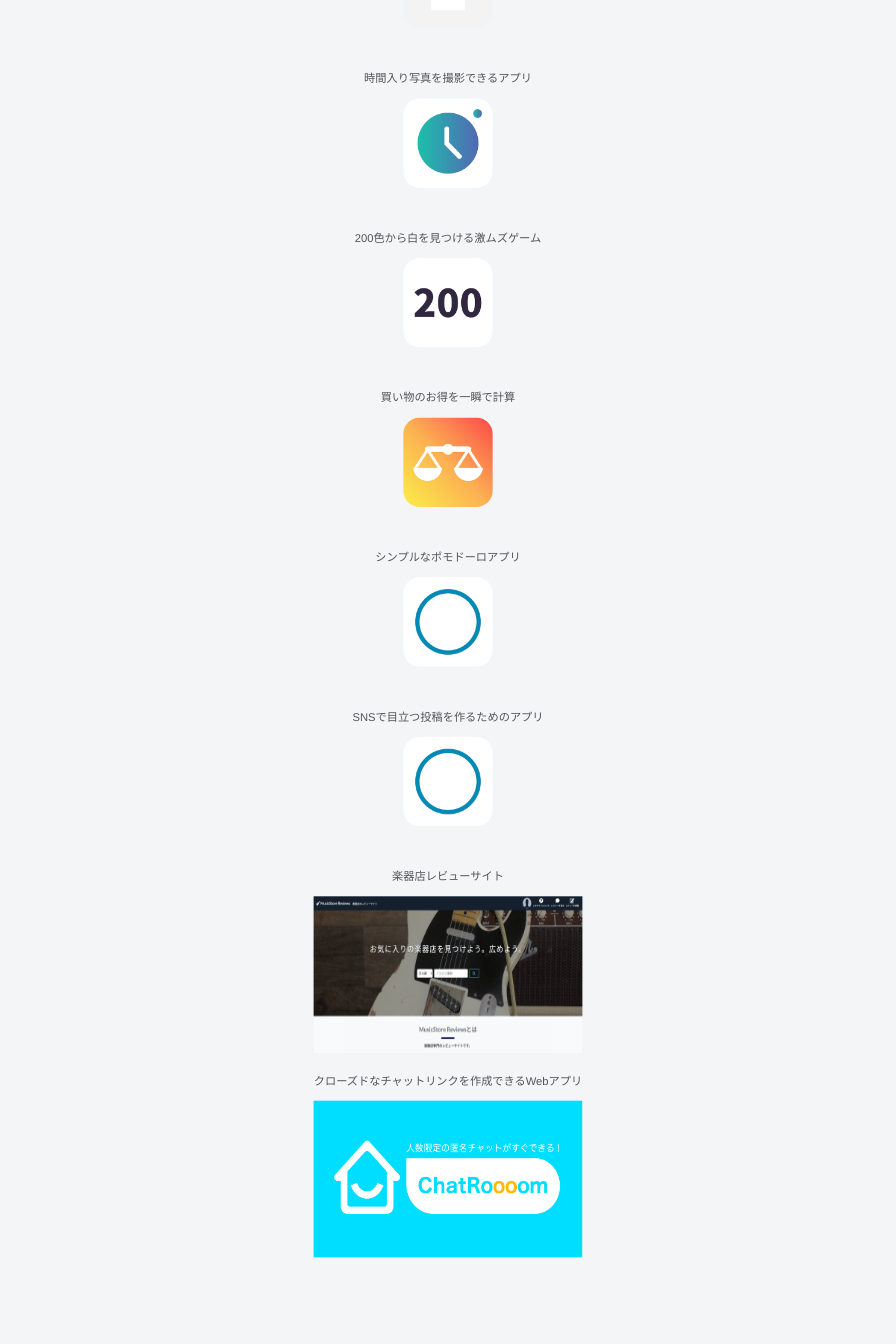
Repository: nosuke0926/my-portfolio
Page: /works
An editor plug-in stored every save of this project. The page is shown before and after the next save, followed by the edit.
The browser window is 1280 px wide. The pictures show the part of the page from y = 3029 to 4949 px (the page is 4949 px tall), at 70% of full size.
The project was rebuilt for these pictures with package versions that can differ from the ones it lists, and the page was loaded fresh each time. The framework's server and built-in components were replaced by stand-ins that run in the browser. Also part of the build but not shown: next.config.js.

Above is the page before, as saved 2022-10-08 16:37:39.

### pages/_app.tsx
import React from 'react'
import { AppProps } from 'next/app'
import NavTabs from '../components/Tab'
import styles from '../components/layout.module.css'
import utilStyles from '../styles/utils.module.css'
import '../styles/styles.scss'

const App = ({ Component, pageProps }: AppProps) => (
  <div className={utilStyles.backgroundColor}>
    <header className={styles.header}>
      <NavTabs />
    </header>
    <Component {...pageProps} />
  </div>
)

export default App

### pages/works.tsx
import Layout from '../components/Layout'
import utilStyles from '../styles/utils.module.css'
import styles from '../components/layout.module.css'
import TransitionsModal from '../components/modal'

const WorksView = (props: any) => (
  <Layout>
    <div className={styles.header}>
      <p>世の中を少しだけ面白く、便利にするサービスを開発しています。</p>
      <section className={utilStyles.headingMd}>
        <p>
          <TransitionsModal
            src="/images/products/subsc.png"
            alt="アプリ（さぶすく）"
            description="サブスクリプションを賢く管理するアプリ"
            appTitle="さぶすく"
            useTechnology={['Flutter', 'Firebase']}
            appDescription="サービスの無料期間終了前にプッシュ通知でお知らせします。毎月・毎年のサブスクリプションサービスにいくらお金を使っているのかもグラフで可視化します。"
            iosUrl="https://apps.apple.com/jp/app/id1506451600?mt=8"
            productHuntUrl="https://www.producthunt.com/posts/subsc?utm_source=badge-featured&utm_medium=badge&utm_souce=badge-subsc"
            productHuntPostId="349809"
            androidUrl="https://play.google.com/store/apps/details?id=com.nosuke.subscriptionManagement&pcampaignid=pcampaignidMKT-Other-global-all-co-prtnr-py-PartBadge-Mar2515-1"
            type="native"
          />
        </p>
        <p>
          <TransitionsModal
            src="/images/products/rapid.png"
            alt="アプリ（爆速Todoメモ）"
            description="起動して2秒でメモできるアプリ"
            appTitle="爆速Todoメモ"
            useTechnology={['Flutter']}
            appDescription="アプリを起動すると同時にキーボードが開きます。また記入と閲覧が同時にできるよう一画面を分割した新しいメモアプリです。"
            iosUrl="https://apps.apple.com/jp/app/id1511398926?mt=8"
            androidUrl="https://play.google.com/store/apps/details?id=com.nosuke.rapid&pcampaignid=pcampaignidMKT-Other-global-all-co-prtnr-py-PartBadge-Mar2515-1"
            type="native"
          />
        </p>
        <p>
          <TransitionsModal
            src="/images/products/yomoo.png"
            alt="アプリ（Yomoo）"
            description="ニューモフィズムな読書管理アプリ"
            appTitle="Yomoo"
            useTechnology={['Flutter']}
            appDescription="2020年~のUIデザインのトレンドであるNeumorphismを取り入れた読書管理アプリです。楽天ブックスAPI、openBDと連携してバーコード読み取りからの書籍登録が可能です。"
            iosUrl="https://apps.apple.com/jp/app/id1516860157?mt=8"
            androidUrl="https://play.google.com/store/apps/details?id=com.nosuke.yomoo&pcampaignid=pcampaignidMKT-Other-global-all-co-prtnr-py-PartBadge-Mar2515-1"
            type="native"
          />
        </p>
        <p>
          <TransitionsModal
            src="/images/products/oshiPay.png"
            alt="アプリ（推しPay）"
            description="推しへの愛を管理&シェアするアプリ"
            appTitle="推しPay"
            useTechnology={['Flutter', 'Firebase']}
            appDescription="「推し」にいくらお金を使っているのかを記録&SNSにシェアできるアプリです。"
            iosUrl="https://apps.apple.com/jp/app/id1523768983?mt=8"
            androidUrl="https://play.google.com/store/apps/details?id=com.nosuke.oshi_pay&pcampaignid=pcampaignidMKT-Other-global-all-co-prtnr-py-PartBadge-Mar2515-1"
            type="native"
          />
        </p>
        <p>
          <TransitionsModal
            src="/images/products/tubenote.png"
            alt="アプリ（TubeNote）"
            description="YouTubeを見ながらメモできるアプリ"
            appTitle="TubeNote"
            useTechnology={['Flutter', 'Firebase', 'Algolia']}
            appDescription="YouTubeを見ながらリアルタイムにメモできるアプリです。"
            iosUrl="https://apps.apple.com/jp/app/id1535634801?mt=8"
            productHuntUrl="https://www.producthunt.com/posts/tubenote?utm_source=badge-featured&utm_medium=badge&utm_souce=badge-tubenote"
            productHuntPostId="279810"
            androidUrl="https://play.google.com/store/apps/details?id=com.nosuke.movieMemo&pcampaignid=pcampaignidMKT-Other-global-all-co-prtnr-py-PartBadge-Mar2515-1"
            type="native"
          />
        </p>
        <p>
          <TransitionsModal
            src="/images/products/migru.png"
            alt="アプリ（ミグル）"
            description="簡単に頭痛を記録するアプリ"
            appTitle="ミグル"
            useTechnology={['Flutter', 'Firebase']}
            appDescription="頭痛の記録・振り返りに特化したシンプルなアプリです。"
            iosUrl="https://apps.apple.com/jp/app/id1564686045?mt=8"
            androidUrl="https://play.google.com/store/apps/details?id=com.nosuke.migraine&pcampaignid=pcampaignidMKT-Other-global-all-co-prtnr-py-PartBadge-Mar2515-1"
            type="native"
          />
        </p>
        <p>
          <TransitionsModal
            src="/images/products/marry_talk.png"
            alt="アプリ（マリートーク）"
            description="夫婦の悩みを匿名チャット"
            appTitle="マリートーク"
            useTechnology={['Flutter', 'Firebase']}
            appDescription="完全匿名&女性限定で夫婦の愚痴や悩みをチャットできるアプリです。"
            iosUrl="https://apps.apple.com/jp/app/id1578903905?mt=8"
            androidUrl="https://play.google.com/store/apps/details?id=com.nosuke.marry_talk&pcampaignid=pcampaignidMKT-Other-global-all-co-prtnr-py-PartBadge-Mar2515-1"
            type="native"
          />
        </p>
        <p>
          <TransitionsModal
            src="/images/products/accounts.png"
            alt="アプリ（アカウントフォルダ）"
            description="サービスのアカウントを一括管理するアプリ"
            appTitle="アカウントフォルダ"
            useTechnology={['Flutter']}
            appDescription="サービスのアカウント・パスワードを一括管理するアプリです。データは暗号化・端末に保存されるためセキュリティも安心です。"
            iosUrl="https://apps.apple.com/jp/app/id1606877526?mt=8"
            androidUrl="https://play.google.com/store/apps/details?id=com.nosuke.account_holder&pcampaignid=pcampaignidMKT-Other-global-all-co-prtnr-py-PartBadge-Mar2515-1"
            type="native"
          />
        </p>
        <p>
          <TransitionsModal
            src="/images/products/password_generator.png"
            alt="アプリ（パスワード生成）"
            description="パスワード生成アプリ"
            appTitle="パスワード生成"
            useTechnology={['Flutter']}
            appDescription="パスワードを生成することに特化したシンプルなアプリです。"
            iosUrl="https://apps.apple.com/jp/app/id1635128935?mt=8"
            androidUrl="https://play.google.com/store/apps/details?id=com.nosuke.password_generator&pcampaignid=pcampaignidMKT-Other-global-all-co-prtnr-py-PartBadge-Mar2515-1"
            type="native"
          />
        </p>
        <p>
          <TransitionsModal
            src="/images/products/diary.png"
            alt="アプリ（超シンプル日記）"
            description="シンプルな日記アプリ"
            appTitle="超シンプル日記"
            useTechnology={['Flutter']}
            appDescription="日記に必要な「書く」と「読む」ことに特化したシンプルなアプリです。"
            iosUrl="https://apps.apple.com/jp/app/id1635770040?mt=8"
            androidUrl="https://play.google.com/store/apps/details?id=com.nosuke.diary&pcampaignid=pcampaignidMKT-Other-global-all-co-prtnr-py-PartBadge-Mar2515-1"
            type="native"
          />
        </p>
        <p>
          <TransitionsModal
            src="/images/products/pdf_converter.png"
            alt="アプリ（PDF変換 - 写真や画像をPDFにすぐに変換）"
            description="画像をPDFに変換するアプリ"
            appTitle="PDF変換 - 写真や画像をPDFにすぐに変換"
            useTechnology={['Flutter']}
            appDescription="画像や写真をPDFに変換することができる、シンプルなアプリです。複数の画像をまとめて選択・PDFに変換できます。"
            iosUrl="https://apps.apple.com/jp/app/id1637249390?mt=8"
            androidUrl="https://play.google.com/store/apps/details?id=com.nosuke.pdf_converter&pcampaignid=pcampaignidMKT-Other-global-all-co-prtnr-py-PartBadge-Mar2515-1"
            type="native"
          />
        </p>
        <p>
          <TransitionsModal
            src="/images/products/extract_audio.png"
            alt="アプリ（音声抽出 - 動画をMP3に変換）"
            description="動画から音声抽出するアプリ"
            appTitle="音声抽出 - 動画をMP3に変換"
            useTechnology={['Flutter']}
            appDescription="動画から音声を抽出するだけのシンプルなアプリです。ワンタップでMP3に変換・ダウンロードできます。"
            iosUrl="https://apps.apple.com/jp/app/id1637563140?mt=8"
            androidUrl="https://play.google.com/store/apps/details?id=com.nosuke.extract_audio&pcampaignid=pcampaignidMKT-Other-global-all-co-prtnr-py-PartBadge-Mar2515-1"
            type="native"
          />
        </p>
        <p>
          <TransitionsModal
            src="/images/products/chekiy.png"
            alt="アプリ（Chekiy）"
            description="画像をチェキ風に加工するアプリ"
            appTitle="Chekiy"
            useTechnology={['Flutter']}
            appDescription="写真をチェキ風に加工できる、一番シンプルなアプリです。思い出の一枚を特別なものに。"
            iosUrl="https://apps.apple.com/jp/app/id1638090871?mt=8"
            androidUrl="https://play.google.com/store/apps/details?id=com.nosuke.polaroid&pcampaignid=pcampaignidMKT-Other-global-all-co-prtnr-py-PartBadge-Mar2515-1"
            type="native"
          />
        </p>
        <p>
          <TransitionsModal
            src="/images/products/timestamp.png"
            alt="アプリ（Timestamp Camera）"
            description="時間入り写真を撮影できるアプリ"
            appTitle="Timestamp Camera"
            useTechnology={['Flutter']}
            appDescription="簡単に写真に日付を入れることができるアプリです。カメラで撮影、もしくは写真フォルダから選択した画像に日付を入れられます。"
            iosUrl="https://apps.apple.com/jp/app/id1639662260?mt=8"
            androidUrl="https://play.google.com/store/apps/details?id=com.nosuke.timestamp&pcampaignid=pcampaignidMKT-Other-global-all-co-prtnr-py-PartBadge-Mar2515-1"
            type="native"
          />
        </p>
        <p>
          <TransitionsModal
            src="/images/products/white.png"
            alt="アプリ（白200色検定）"
            description="200色から白を見つける激ムズゲーム"
            appTitle="白200色検定"
            useTechnology={['Flutter']}
            appDescription="200色から白を見つける激ムズゲームがついに登場！あなたは200種類の白色を区別できますか？"
            iosUrl="https://apps.apple.com/jp/app/id1641219533?mt=8"
            androidUrl="https://play.google.com/store/apps/details?id=com.nosuke.white&pcampaignid=pcampaignidMKT-Other-global-all-co-prtnr-py-PartBadge-Mar2515-1"
            type="native"
          />
        </p>
        <p>
          <TransitionsModal
            src="/images/products/tokubuy.png"
            alt="アプリ（お得比較Pro）"
            description="買い物のお得を一瞬で計算"
            appTitle="お得比較Pro"
            useTechnology={['Flutter']}
            appDescription="お買い物時の「どっちがお得なんだろう？」を解決します。金額と量を入力するだけで、どちらがお得かをすぐに計算します。"
            iosUrl="https://apps.apple.com/jp/app/id1644566128?mt=8"
            androidUrl="https://play.google.com/store/apps/details?id=com.nosuke.tokubuy&pcampaignid=pcampaignidMKT-Other-global-all-co-prtnr-py-PartBadge-Mar2515-1"
            type="native"
          />
        </p>
        <p>
          <TransitionsModal
            src="/images/products/just_focus.png"
            alt="アプリ（JustFocus）"
            description="シンプルなポモドーロアプリ"
            appTitle="JustFocus"
            useTechnology={['Flutter']}
            appDescription="シンプルなポモドーロアプリです。"
            iosUrl="https://apps.apple.com/jp/app/id1645642989?mt=8"
            androidUrl="https://play.google.com/store/apps/details?id=com.nosuke.pomodoro&pcampaignid=pcampaignidMKT-Other-global-all-co-prtnr-py-PartBadge-Mar2515-1"
            type="native"
          />
        </p>
        <p>
          <TransitionsModal
            src="/images/products/just_focus.png"
            alt="アプリ（囲みメモ）"
            description="SNSで目立つ投稿を作るためのアプリ"
            appTitle="囲みメモ"
            useTechnology={['Flutter']}
            appDescription="SNSでよく見かける囲い文字、強調線をコピペで呼び出せるシンプルなアプリです。"
            iosUrl="https://apps.apple.com/jp/app/id6443634371?mt=8"
            androidUrl="https://play.google.com/store/apps/details?id=com.nosuke.frame_maker&pcampaignid=pcampaignidMKT-Other-global-all-co-prtnr-py-PartBadge-Mar2515-1"
            type="native"
          />
        </p>
        <p>
          <TransitionsModal
            src="/images/products/music-store-reviews/cover.jpeg"
            alt="Webアプリ（MusicStore Reviews）"
            description="楽器店レビューサイト"
            appTitle="MusicStore Reviews"
            useTechnology={['Laravel', 'Vue.js', 'Python']}
            appDescription="日本初の楽器店レビューサイト。楽器店のデータはWebスクレイピングで取得しました。一部Vue.jsを使用しています。"
            webUrl="https://musicstore-reviews.com/"
            type="web"
          />
        </p>
        <p>
          <TransitionsModal
            src="/images/products/chatroooom/chatroooom.png"
            alt="Webアプリ（ChatRoooom）"
            description="クローズドなチャットリンクを作成できるWebアプリ"
            appTitle="ChatRoooom"
            useTechnology={['Vue.js', 'Nuxt.js', 'Firebase']}
            appDescription="ChatRoooomは簡単に人数限定のチャットルームを作成できるサービスです。チャット内容は24時間後に削除されるので、プライバシーも安心です。"
            webUrl="https://chatroooom.net/"
            type="web"
          />
        </p>
      </section>
    </div>
  </Layout>
)

export default WorksView

### components/Tab.tsx
import Link from 'next/link'
import React from 'react'
import { makeStyles, Theme } from '@material-ui/core/styles'
import AppBar from '@material-ui/core/AppBar'
import Tabs from '@material-ui/core/Tabs'
import Tab from '@material-ui/core/Tab'
// import Typography from '@material-ui/core/Typography'
// import Box from '@material-ui/core/Box'

// interface TabPanelProps {
//   children?: React.ReactNode
//   index: any
//   value: any
// }

// function TabPanel(props: TabPanelProps) {
//   const { children, value, index, ...other } = props

//   return (
//     <div
//       role="tabpanel"
//       hidden={value !== index}
//       id={`nav-tabpanel-${index}`}
//       aria-labelledby={`nav-tab-${index}`}
//       {...other}
//     >
//       {value === index && (
//         <Box p={3}>
//           <Typography>{children}</Typography>
//         </Box>
//       )}
//     </div>
//   )
// }

function a11yProps(index: any) {
  return {
    id: `nav-tab-${index}`,
    'aria-controls': `nav-tabpanel-${index}`,
  }
}

interface LinkTabProps {
  label?: string
  href?: string
}

function LinkTab(props: LinkTabProps) {
  return (
    <Tab
      component="a"
      onClick={(event: React.MouseEvent<HTMLAnchorElement, MouseEvent>) => {
        event.preventDefault()
      }}
      {...props}
    />
  )
}

const useStyles = makeStyles((theme: Theme) => ({
  root: {
    flexGrow: 1,
    backgroundColor: theme.palette.background.paper,
  },
}))

export default function NavTabs() {
  const classes = useStyles()
  const [value, setValue] = React.useState(0)

  const handleChange = (event: React.ChangeEvent<{}>, newValue: number) => {
    setValue(newValue)
  }

  return (
    <div className={classes.root}>
      <AppBar position="static" color="default">
        <Tabs
          TabIndicatorProps={{ style: { background: 'transparent' } }}
          textColor="primary"
          variant="fullWidth"
          value={value}
          onChange={handleChange}
          aria-label="nav tabs example"
        >
          <Link href="/">
            <LinkTab label="Home" href="/" {...a11yProps(0)} />
          </Link>
          <Link href="/works">
            <LinkTab label="Works" href="/works" {...a11yProps(1)} />
          </Link>
          <Link href="/contact">
            <LinkTab label="Contact" href="/contact" {...a11yProps(2)} />
          </Link>
        </Tabs>
      </AppBar>
      {/* <TabPanel value={value} index={0}>
        Page One
      </TabPanel>
      <TabPanel value={value} index={1}>
        Page Two
      </TabPanel>
      <TabPanel value={value} index={2}>
        Page Three
      </TabPanel> */}
    </div>
  )
}

### components/layout.module.css
.container {
  max-width: 36rem;
  padding: 0 1rem;
  margin: 3rem auto 6rem;
}

.header {
  display: flex;
  flex-direction: column;
  align-items: center;
}

.headerImage {
  width: 6rem;
  height: 6rem;
}

.headerHomeImage {
  width: 8rem;
  height: 8rem;
}

.appIconImage {
  margin: 1rem;
  width: 8rem;
  height: 8rem;
  margin: auto;
  transition: transform 0.5s;
  margin-bottom: 2rem;
}
.appIconImage:hover {
  transform: scale(1.2);
}

.webApplicationImage {
  width: 24rem;
  height: 14rem;
  align-items: center;
  transition: transform 0.5s;
}
.webApplicationImage:hover {
  transform: scale(1.1);
}

.backToHome {
  margin: 3rem 0 0;
}

.socialIcon {
  color: rgb(168, 171, 176);
  margin: 0 2rem;
  font-size: 2rem;
}

.socialIcon:hover {
  color: rgb(83, 84, 87);
}

.appDescriptionText {
  color: rgb(83, 84, 87);
  font-size: 1rem;
  text-align: center;
}

.iosButton {
  display: inline-block;
  overflow: hidden;
  background: url(https://tools.applemediaservices.com/api/badges/download-on-the-app-store/black/en-us?)
    no-repeat;
  width: 120px;
  height: 40px;
}

.androidButton {
  width: 155px;
  margin-top: 0.4rem;
}

.productHuntButton {
  /* width: 250px;
  height: 54px; */
  width: 160px;
  margin: 0.1rem;
}

.appButtonAlign {
  display: flex;
  flex-direction: row;
  align-items: center;
  flex-wrap: wrap;
}

### styles/utils.module.css
.heading2Xl {
  font-size: 1.5rem;
  line-height: 1.2;
  font-weight: 800;
  letter-spacing: -0.05rem;
  margin: 1rem 0;
}

.headingXl {
  font-size: 2rem;
  line-height: 1.3;
  font-weight: 800;
  letter-spacing: -0.05rem;
  margin: 1rem 0;
}

.headingLg {
  font-size: 1.5rem;
  line-height: 1.4;
  margin: 1rem 0;
}

.headingMd {
  font-size: 1.2rem;
  line-height: 1.5;
}

.borderCircle {
  border-radius: 9999px;
}

.borderAppIcon {
  border-radius: 1.5rem;
}

.colorInherit {
  color: inherit;
}

.padding1px {
  padding-top: 1px;
}

.list {
  list-style: none;
  padding: 0;
  margin: 0;
}

.listItem {
  margin: 0 0 1.25rem;
}

.center {
  text-align: center;
}

### styles/styles.scss
@import '~normalize.css';
body {
  background-color: #f4f5f7;
  color: rgb(83, 84, 87);
  font-family: 'Helvetica Neue', Arial, 'Hiragino Kaku Gothic ProN',
    'Hiragino Sans', Meiryo, sans-serif;
}

### components/Layout.tsx
import Head from 'next/head'
import styles from './layout.module.css'
// import utilStyles from '../styles/utils.module.css'
// import Link from 'next/link'

export const siteTitle = 'のすけのポートフォリオサイト'

export default function Layout({ children }: any) {
  const trackingId: string = process.env.ga_tracking_id!
  const description: string =
    'Webエンジニアとして活動している、Nagese Ryunosukeのポートフォリオサイトです。'
  const url: string = 'https://nosuke-portfolio.web.app/'
  const image = 'https://nosuke-portfolio.web.app/images/portfolio_ogp.png'
  return (
    <div className={styles.container}>
      <Head>
        <script
          async
          src={`https://www.googletagmanager.com/gtag/js?id=${trackingId}`}
        ></script>
        <script
          dangerouslySetInnerHTML={{
            __html: `(function(){ window.dataLayer = window.dataLayer || [];function gtag(){dataLayer.push(arguments);}gtag('js', new Date());gtag('config', '${trackingId}');})`,
          }}
        />
        <title>のすけのポートフォリオ</title>
        <meta name="description" content={description} />

        <meta property="og:title" content={siteTitle} />
        <meta property="og:description" content={description} />
        <meta property="og:type" content="blog" />
        <meta property="og:url" content={url} />
        <meta property="og:image" content={image} />
        <meta property="og:site_name" content={siteTitle} />
        <meta property="twitter:card" content="summary_large_image" />
        <meta property="twitter:site" content="@nosuke926" />
        <meta property="twitter:url" content={url} />
        <meta property="twitter:title" content={siteTitle} />
        <meta property="twitter:description" content={description} />
        <meta property="twitter:image" content={image} />
        {/* <link rel="canonical" href={url} /> */}
        {/* <link rel="apple-touch-icon" href={image} /> */}
        <meta
          name="google-site-verification"
          content="7LNV_CLMRiHwoVKdUbRlCdyJ0TIhYsWJh2PT3cJEO9w"
        />
      </Head>

      <main>{children}</main>
    </div>
  )
}

Loaded but not shown: components/modal.tsx (118 lines, source omitted)

After the next save:
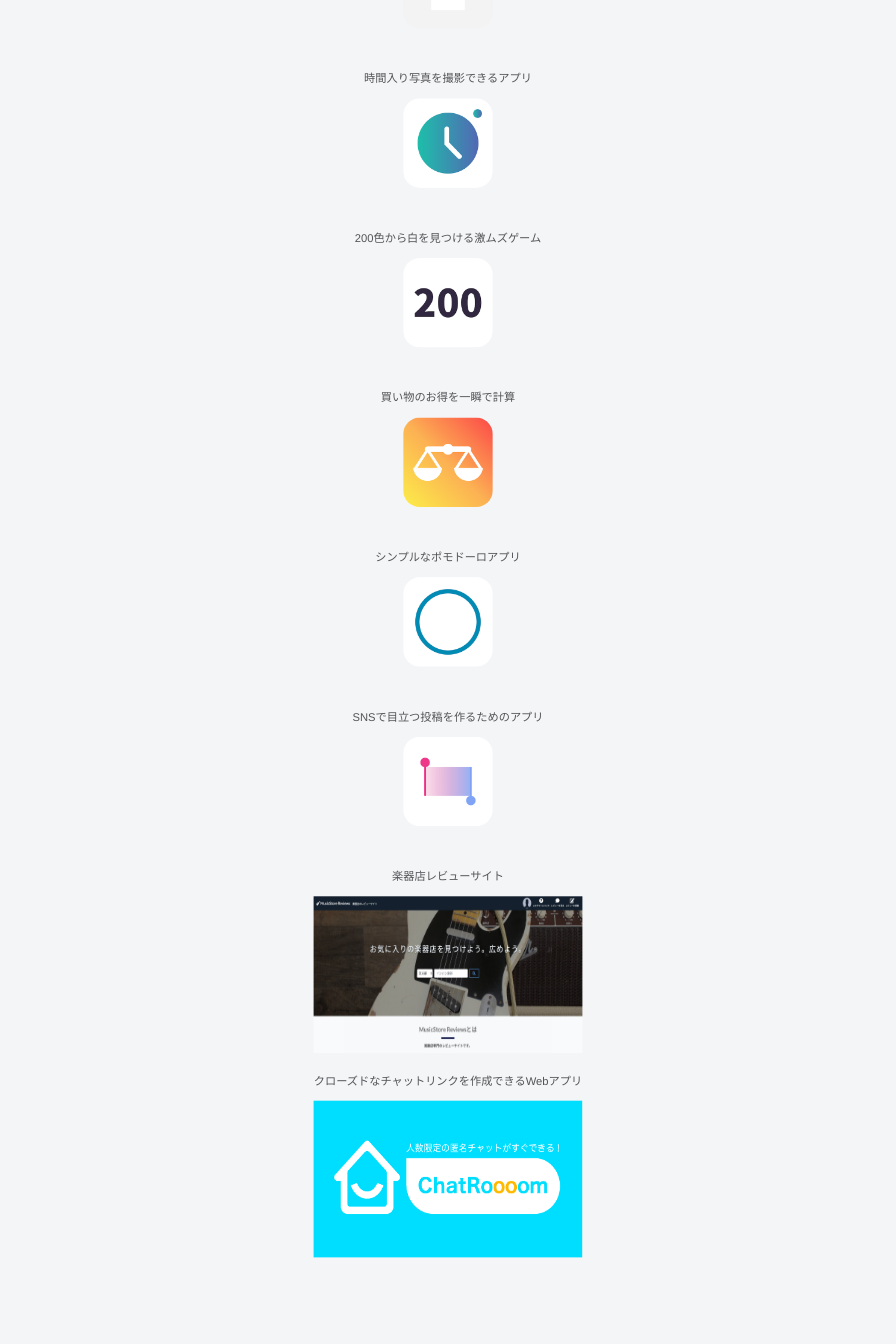
Saved 3 min 32 s later.
--- a/pages/works.tsx
+++ b/pages/works.tsx
@@ -235,7 +235,7 @@
         </p>
         <p>
           <TransitionsModal
-            src="/images/products/just_focus.png"
+            src="/images/products/frame_maker.png"
             alt="アプリ（囲みメモ）"
             description="SNSで目立つ投稿を作るためのアプリ"
             appTitle="囲みメモ"
